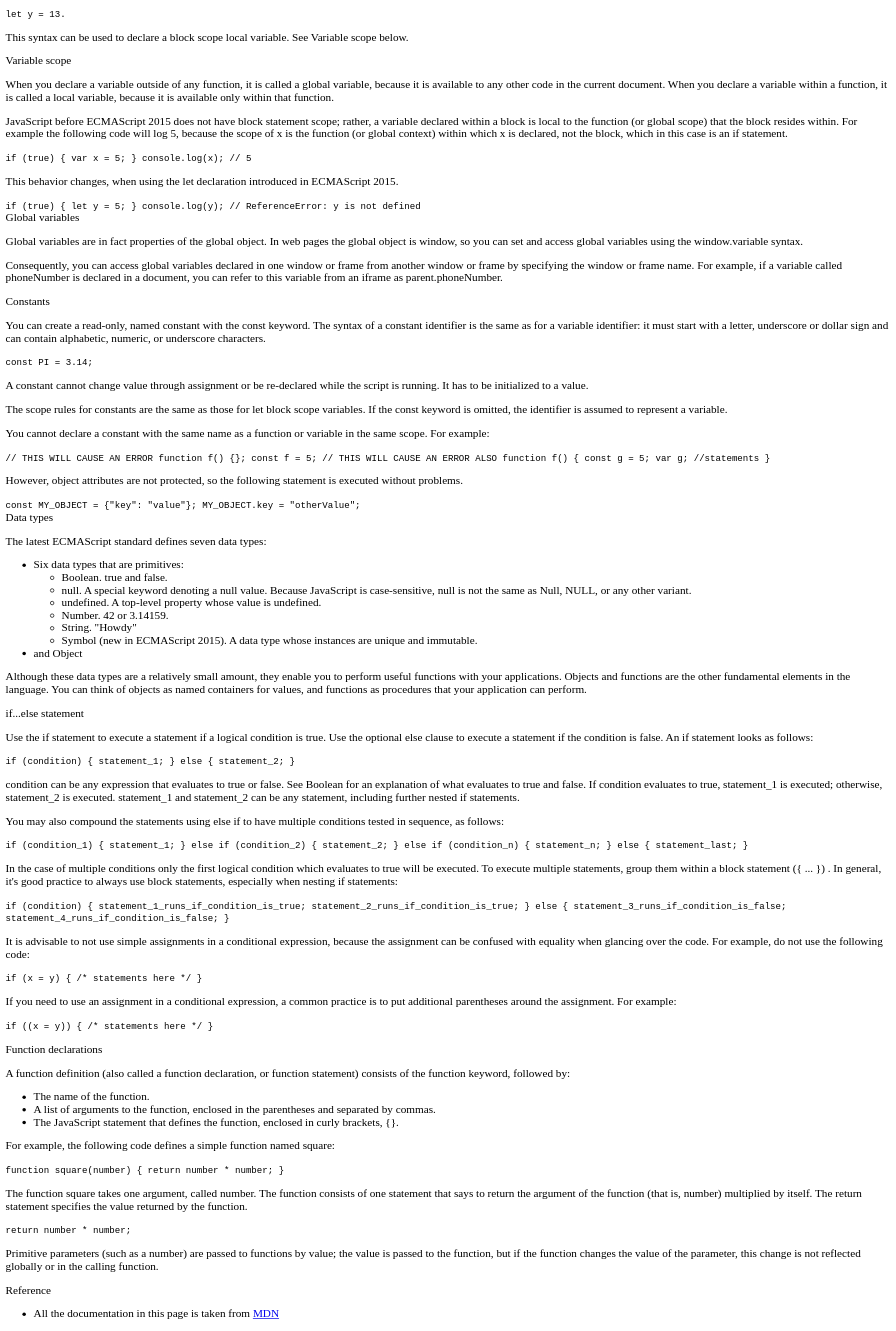
Repository: Lungdjos/technical_document_page_certificate
Page: index.html
An editor plug-in stored every save of this project. The page is shown before and after the next save, followed by the edit.
The browser window is 1280 px wide. The pictures show the part of the page from y = 1460 to 3380 px (the page is 3362 px tall before and 3380 px after), at 70% of full size.

Above is the page before, as saved 2023-11-20 22:58:55.

After the next save:
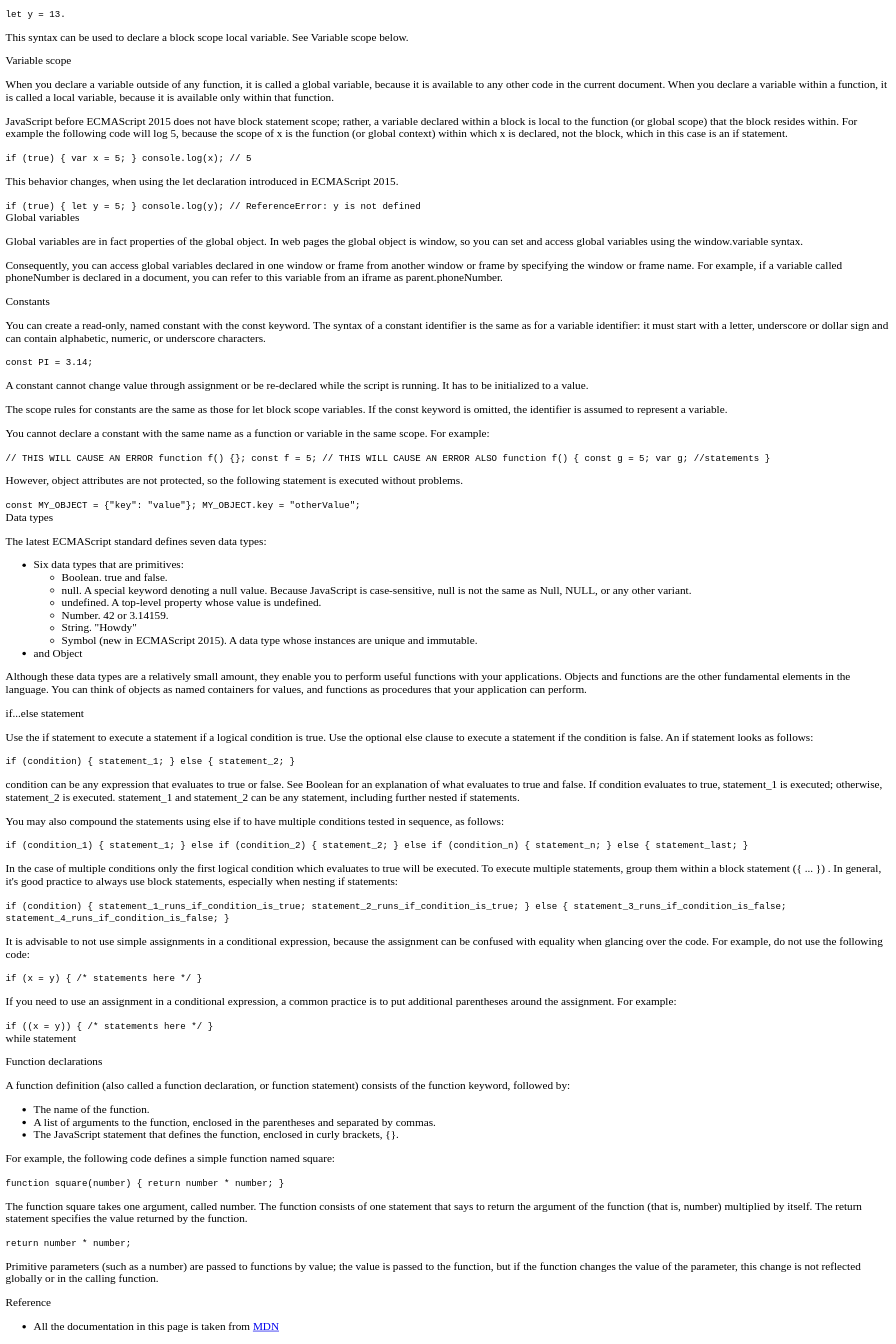
Saved 9 s later.
--- a/index.html
+++ b/index.html
@@ -195,7 +195,7 @@
             <code>if ((x = y)) { /* statements here */ }</code>
         </section>
         <section class="main-section" id="">
-            <header id=""></header>
+            <header id="">while statement</header>
             <p></p>
             <p></p>
             <p></p>
